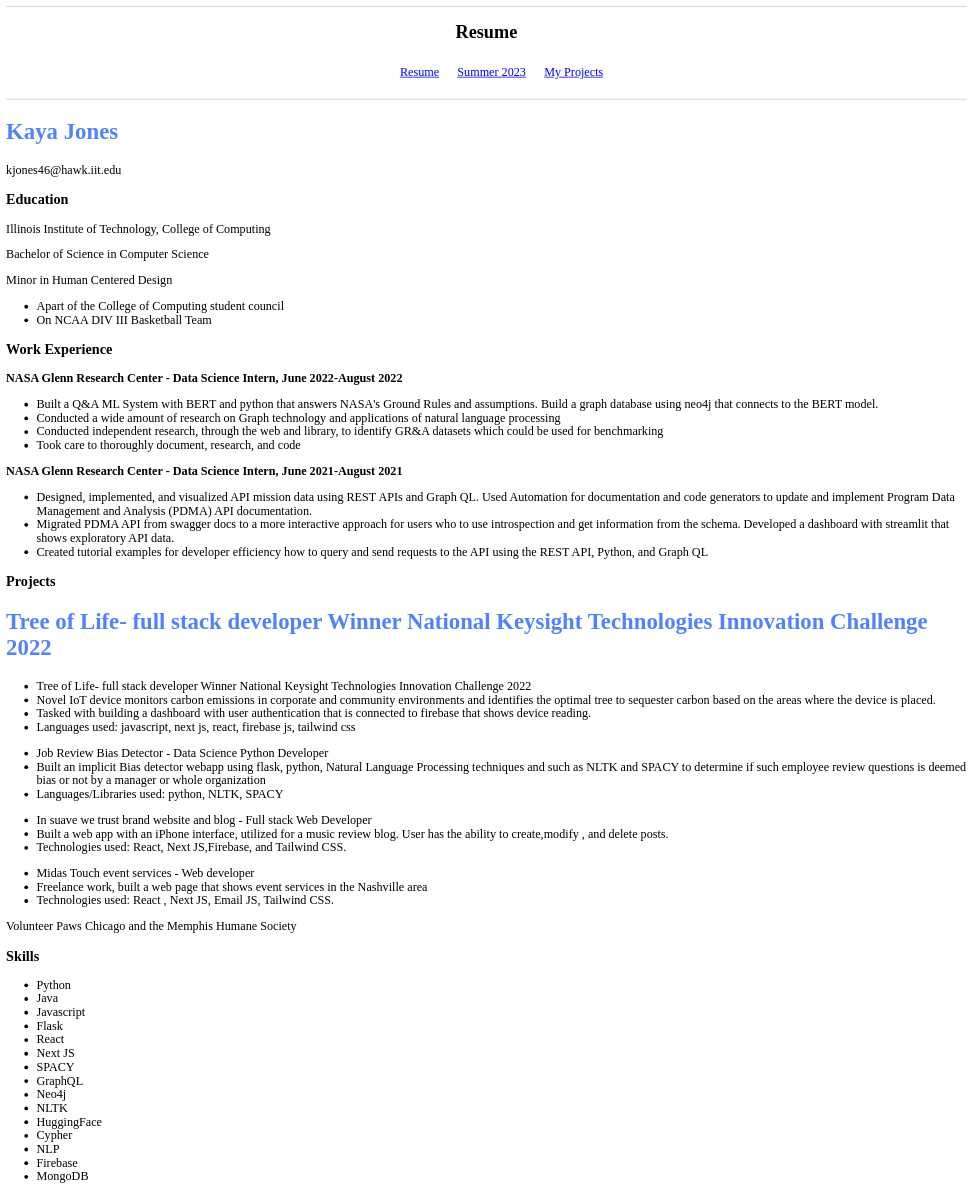
Repository: kayacancode/itm361project1
Page: index.html
An editor plug-in stored every save of this project. The page is shown before and after the next save, followed by the edit.
The browser window is 1280 px wide. The pictures show the whole page, at 76% of full size.
Some web fonts or font styles are not loaded; a fallback is used.

Above is the page before, as saved 2023-03-04 12:55:32.

### index.html
<!DOCTYPE html>
<html lang="en">
  <head>
    <meta charset="UTF-8" />
    <title>ITMD 361 - Web Development</title>
    <link rel="stylesheet" href="css/style.css" />

  </head>
  <body>
    <header>
      <nav>
        <h1>Resume</h1>
        <ul>
          <li><a href="index.html">Resume</a></li>
          <li><a href="summer2023.html">Summer 2023</a></li>
          <li><a href="projects.html">My Projects</a></li>
        </ul>
      </nav>
    </header>
    <h2>Kaya Jones</h2>
    <p>kjones46@hawk.iit.edu</p>
    <h3>Education</h3>
    <p>Illinois Institute of Technology, College of Computing</p>
    <p>Bachelor of Science in Computer Science</p>
    <p>Minor in Human Centered Design</p>
    <ul >
      <li>Apart of the College of Computing student council</li>
      <li>On NCAA DIV III Basketball Team</li>
    </ul>
    <section>
    <h3>Work Experience</h3>
    <p>
      <span style="font-weight:bold">NASA Glenn Research Center - Data Science Intern, June 2022-August 2022 </span>
    </p>
    <ul >
      <li>
        Built a Q&A ML System with BERT and python that answers NASA's Ground
        Rules and assumptions. Build a graph database using neo4j that connects
        to the BERT model.
      </li>
      <li>
        Conducted a wide amount of research on Graph technology and applications
        of natural language processing
      </li>
      <li>
        Conducted independent research, through the web and library, to identify
        GR&A datasets which could be used for benchmarking
      </li>
      <li>Took care to thoroughly document, research, and code</li>
    </ul>
    <p>
      <span style="font-weight:bold">NASA Glenn Research Center - Data Science Intern, June 2021-August 2021 </span>
    </p>
    <ul >
      <li>
        Designed, implemented, and visualized API mission data using REST APIs
        and Graph QL. Used Automation for documentation and code generators to
        update and implement Program Data Management and Analysis (PDMA) API
        documentation.
      </li>
      <li>
        Migrated PDMA API from swagger docs to a more interactive approach for
        users who to use introspection and get information from the schema.
        Developed a dashboard with streamlit that shows exploratory API data.
      </li>
      <li>
        Created tutorial examples for developer efficiency how to query and send
        requests to the API using the REST API, Python, and Graph QL
      </li>
    </ul>
  </section>
  <section>
    <h3>Projects</h3>
    <h2>Tree of Life- full stack developer Winner National Keysight Technologies
      Innovation Challenge 2022</h2>
    <ul>
      <li>
        Tree of Life- full stack developer Winner National Keysight Technologies
        Innovation Challenge 2022
      </li>
      <li>
        Novel IoT device monitors carbon emissions in corporate and community
        environments and identifies the optimal tree to sequester carbon based
        on the areas where the device is placed.
      </li>
      <li>
        Tasked with building a dashboard with user authentication that is
        connected to firebase that shows device reading.
      </li>
      <li>
        Languages used: javascript, next js, react, firebase js, tailwind css
      </li>
    </ul>
    <ul>
      <li>Job Review Bias Detector - Data Science Python Developer</li>
      <li>
        Built an implicit Bias detector webapp using flask, python, Natural
        Language Processing techniques and such as NLTK and SPACY to determine
        if such employee review questions is deemed bias or not by a manager or
        whole organization
      </li>

      <li>Languages/Libraries used: python, NLTK, SPACY</li>
    </ul>
    <ul >
      <li>
        In suave we trust brand website and blog - Full stack Web Developer
      </li>
      <li>
        Built a web app with an iPhone interface, utilized for a music review
        blog. User has the ability to create,modify , and delete posts.
      </li>

      <li>Technologies used: React, Next JS,Firebase, and Tailwind CSS.</li>
    </ul>

    <ul>
      <li>Midas Touch event services - Web developer</li>
      <li>
        Freelance work, built a web page that shows event services in the
        Nashville area
      </li>

      <li>Technologies used: React , Next JS, Email JS, Tailwind CSS.</li>
    </ul>
  </section>
    <p>Volunteer Paws Chicago and the Memphis Humane Society</p>

    <h3>Skills</h3>
    <ul >
      <li>Python</li>
      <li>Java</li>
      <li>Javascript</li>
      <li>Flask</li>
      <li>React</li>
      <li>Next JS</li>
      <li>SPACY</li>
      <li>GraphQL</li>
      <li>Neo4j</li>
      <li>NLTK</li>
      <li>HuggingFace</li>
      <li>Cypher</li>
      <li>NLP</li>
      <li>Firebase</li>
      <li>MongoDB</li>
    </ul>
  </body>
</html>

### css/style.css
@import url("https://fonts.googleapis.com/css2?family=Tilt+Warp&display=swap");



nav{
    border:1px solid #ccc;
    border-width:1px 0;
    list-style:none;
    margin:0;
    padding:0;
    text-align:center;
}
nav li{
    display:inline;
}
nav a{
    display:inline-block;
    padding:10px;
}

h1{
    font-family: "Tilt Warp", cursive;

}
h2{
    font-size: 30px;
    font-family: "Tilt Warp", cursive;
    color:#5082FA;
}

.websites img{
    display: block;
    margin-left: auto;
    margin-right: auto;
    max-width: 50%;
    height: 350px;
    border-radius: 20px;
}

After the next save:
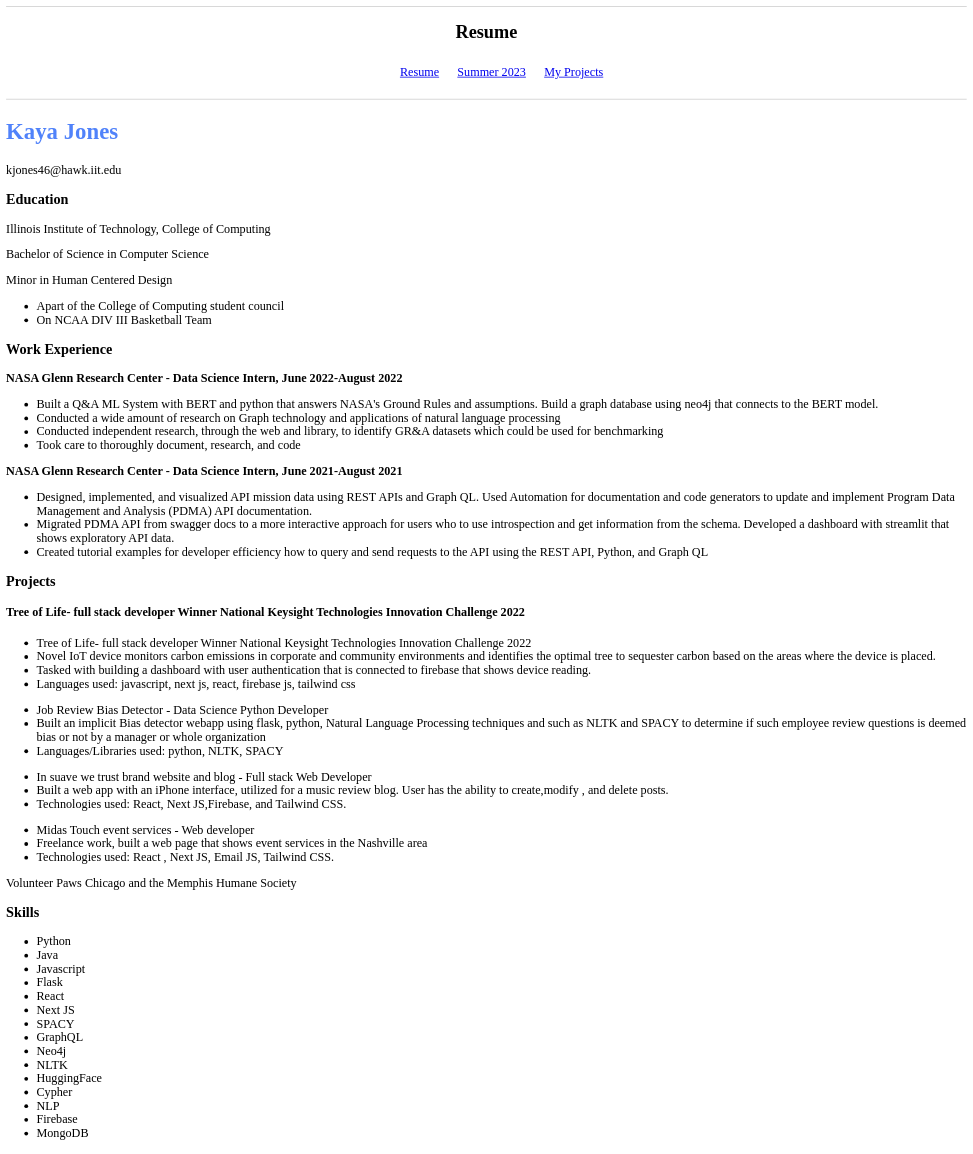
Saved 6 s later.
--- a/index.html
+++ b/index.html
@@ -71,8 +71,8 @@
   </section>
   <section>
     <h3>Projects</h3>
-    <h2>Tree of Life- full stack developer Winner National Keysight Technologies
-      Innovation Challenge 2022</h2>
+    <h4>Tree of Life- full stack developer Winner National Keysight Technologies
+      Innovation Challenge 2022</h4>
     <ul>
       <li>
         Tree of Life- full stack developer Winner National Keysight Technologies
